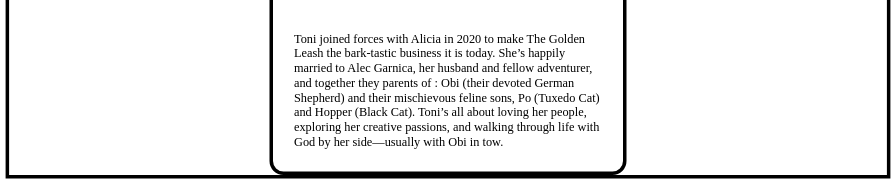
Repository: Aworminator/Thegoldenleash
Page: index.html
An editor plug-in stored every save of this project. The page is shown before and after the next save, followed by the edit.
The browser window is 1280 px wide. The pictures show the part of the page from y = 2290 to 4210 px (the page is 2553 px tall before and 5103 px after), at 70% of full size.

Above is the page before, as saved 2025-06-26 15:57:23.
Console error: TypeError: Cannot read properties of null (reading 'appendChild')

### index.html
<!DOCTYPE html>
<html lang="en">
  <head>
    <meta charset="UTF-8" />
    <meta name="viewport" content="width=device-width, initial-scale=1.0" />
    <title>The Golden Leash</title>
    <link
      rel="stylesheet"
      href="https://cdnjs.cloudflare.com/ajax/libs/font-awesome/6.5.0/css/all.min.css"
      integrity="sha512-..."
      crossorigin="anonymous"
      referrerpolicy="no-referrer"
    />
    <link rel="stylesheet" href="style.css" />
    <link rel="preconnect" href="https://fonts.googleapis.com" />
    <link rel="preconnect" href="https://fonts.gstatic.com" crossorigin />
    <link
      href="https://fonts.googleapis.com/css2?family=Fredoka:wght@300..700&display=swap"
      rel="stylesheet"
    />

    <!-- <h1>Welcome to the golden leash</h1> -->
  </head>
  <body>
    <section class="home-page">
      <div class="image-container">
        <div>
          <img src="./Images/GoldenLeashLogo No Nose.png" class="logo" />
        </div>

        <ul class="list">
          <li class="story">Our Story</li>
          <li>Services</li>
          <li>Contact Us</li>
        </ul>
      </div>
    </section>

    <section class="our-story">
      <h1>Our Story</h1>
      <p class="story-info">
        Lorem ipsum odor amet, consectetuer adipiscing elit. Aenean quis
        bibendum condimentum mauris primis integer sollicitudin porttitor.
        Blandit condimentum aptent condimentum orci rhoncus pellentesque euismod
        a. Varius imperdiet fermentum aptent mollis sem eu. Mattis ante pharetra
        quisque nam odio nascetur per. Vitae pellentesque massa facilisi
        maecenas ligula felis. Tristique pulvinar iaculis inceptos lectus elit
        fusce. <br /><br />
        Nisl erat purus sem imperdiet varius erat taciti cursus. Leo ante lectus
        potenti lacus viverra senectus commodo fringilla. Imperdiet est
        parturient ornare imperdiet tempor vulputate. Parturient porttitor
        quisque platea turpis vel porta. Torquent feugiat curabitur posuere
        hendrerit ipsum eros vel erat. Aenean netus proin arcu taciti nec
        efficitur ullamcorper.
      </p>
    </section>

    <section class="services">
      <h1>Services</h1>
      <div class="icon-container">
        <i class="fa-solid fa-house" id="icon"></i>
        <i class="fa-solid fa-dog" id="icon"></i>
        <i class="fa-solid fa-paw" id="icon"></i>
        <i class="fa-solid fa-bath" id="icon"></i>
      </div>
      <h1>Click for Info</h1>
      <p class="service-info">
        At The Golden Leash, we bring personalized care directly to you! Our
        team will stop by to check on your dog and take them for a walk tailored
        to their needs. Each walk typically lasts around 45 minutes, giving your
        pup plenty of exercise and attention. <br /><br />
        Your dog's safety and well-being are our top priorities. That’s why we
        monitor the weather closely, ensuring your furry friend isn’t exposed to
        unsafe conditions. We avoid walks in temperatures below 28°F, and during
        extreme heat, we’ll adjust walk times to protect your dog’s paws from
        hot sidewalks. Because your dog deserves the very best care—rain, shine,
        or snow!
      </p>
    </section>

    <section class="staff">
      <h1>Meet The Staff!</h1>
      <div id="staff-cards">
        <div class="card">
          <h2>Toni Garnica - The Partner in Paws</h2>
          <img
            src="./Images/Staff Pictures/Toni TGL Picture.jpg"
            alt=""
            class="profile-pic"
          />
          <p class="staff-info">
            Toni joined forces with Alicia in 2020 to make The Golden Leash the
            bark-tastic business it is today. She’s happily married to Alec
            Garnica, her husband and fellow adventurer, and together they
            parents of : Obi (their devoted German Shepherd) and their
            mischievous feline sons, Po (Tuxedo Cat) and Hopper (Black Cat).
            Toni’s all about loving her people, exploring her creative passions,
            and walking through life with God by her side—usually with Obi in
            tow.
          </p>
        </div>
        <div id="input"></div>
      </div>
    </section>
    <script src="script.js"></script>
  </body>
</html>

### style.css
h1 {
  font-family: "Fredoka", serif;
  font-optical-sizing: auto;
  font-weight: 400; /* Replace <weight> with a valid value */
  font-style: normal;
  color: #bfb65a;
  font-variation-settings: "wdth" 100;
  text-align: center;
  font-size: 4em;
}

.image-container {
  display: flex;
  flex-direction: row;
  justify-content: space-around;
}

.home-page {
  border: black solid 5px;
  min-height: 50vh;
}

.services,
.staff,
.our-story {
  border: black solid 5px;
  min-height: 600px;
}

.logo {
  height: 600px;
  width: auto;
}

.list {
  font-size: 3em;
  padding: 50px;
}

li {
  margin-bottom: 80px;
}

.icon-container {
  display: flex;
  justify-content: center;
}

#icon {
  background-color: #bfb65a;
  height: 100px;
  width: 100px;
  border-radius: 50%;
  display: flex;
  justify-content: center;
  align-items: center;
  font-size: 2em;
  margin: 30px;
}

#icon:hover {
  transform: scale(1.1);
  transition: transform 0.2s;
}

#icon:active {
  transform: scale(0.9);
  transition: transform 0.2s;
}

.service-info,
.story-info {
  text-align: center;
  font-size: 1.5rem;
  margin: 100px;
}

.service-info {
  display: none;
  background-color: rgb(182, 182, 182);
  border-radius: 10px;
  padding: 5px;
  animation: slide-fwd-tr 1.3s cubic-bezier(0.25, 0.46, 0.45, 0.94) both;
}

.card {
  height: 500px;
  width: 500px;
  border: 5px solid black;
  border-radius: 20px;
  display: flex;
  flex-direction: column;
  justify-content: center;
  align-items: center;
}

.profile-pic {
  height: 200px;
  border-radius: 50%;
  object-fit: cover;
  object-position: top;
  width: 200px;
}

#staff-cards {
  display: flex;
  flex-direction: column;
  align-items: center;
  justify-content: space-around;
}

.staff-info {
  padding: 30px;
  font-size: 1.1em;
}

@keyframes slide-fwd-tr {
  0% {
    opacity: 0%;
    transform: translateZ(180px) translateY(120px) translateX(-120px);
  }
  100% {
    opacity: 100%;
    transform: translateZ(0px) translateY(0px) translateX(0px);
  }
}

@media (max-width: 900px) {
  .image-container {
    flex-direction: column;
    align-items: center;
  }
}

### script.js
const staffMembers = [
  {
    name: "Alicia Stamper",
    title: "The top dog",
    image: "./Images/Staff Pictures/Alicia TGL Picture.jpg",
    info: "Alicia has been running The Golden Leash for over six years, and when she's not busy caring for your pups, she's baking up gourmet treats in her own doggy bakery. As the proud mom of Luke (her Hyena-like furball) and Clover (her lovable Black Lab), Alicia knows her way around a tail wag or two. When she's not running the show, you'll find her savoring a hot cup of tea, surrounded by friends and family, and enjoying a well-deserved Saturday chill session.",
  },
  {
    name: "Toni Garnica",
    title: "The partner in paws",
    image: "./Images/Staff Pictures/Toni TGL Picture.jpg",
    info: "Toni joined forces with Alicia in 2020 to make The Golden Leash the bark-tastic business it is today. She's happily married to Alec Garnica, her husband and fellow adventurer, and together they parents of : Obi (their devoted German Shepherd) and their mischievous feline sons, Po (Tuxedo Cat) and Hopper (Black Cat). Toni's all about loving her people, exploring her creative passions, and walking through life with God by her side—usually with Obi in tow.",
  },
  {
    name: "Brooke Edwards",
    title: "The Ball of Energy",
    image: "./Images/Staff Pictures/Brooke TGL Picture.jpg",
    info: "Since 2021, Brooke has been bringing boundless enthusiasm to The Golden Leash team. Happily married to her husband, Elijah, Brooke is also the proud mom of Sadie, her adorable Doodle, who's got the fluffiest tail wag around. Whether it's playing with the pups or brightening everyone's day, Brooke's energy is as contagious as Sadie's zoomies.",
  },
  {
    name: "Carolyn Lesko",
    title: "The Wildcard",
    image: "./Images/Staff Pictures/Carolyn TGL Picture.jpg",
    info: "Carolyn is the undisputed wildcard of The Golden Leash crew. Whether she's quoting tik tok meme's, playing a mean game of Gang Beasts on her days off, or keeping things exciting, Carolyn keeps us all on our toes. She's the proud mom of her dog (to be named and praised at a later date). Fun fact: Carolyn is allergic to grass and being on time.",
  },
  {
    name: "Lisa",
    title: "The Backbone of the pack",
    image: "./Images/Staff Pictures/Lisa and rip Van Winkle.png",
    info: "Lisa is the kind of hard worker who makes everything run like clockwork at The Golden Leash. With her unmatched dedication and a can-do attitude, she's the go-to person for getting things done. Whether it's caring for pups, organizing schedules, or simply being awesome, Lisa brings a level of expertise and warmth that every team dreams of having. We're lucky to have her!",
  },
];

const house = document.querySelector(".fa-house");
const serviceInfo = document.querySelector(".service-info");
const service = document.querySelector(".services");
const staffCards = document.querySelector(".staff-cards");
const input = document.querySelector("#input");

house.addEventListener("click", () => {
  serviceInfo.style.display = "block";
  serviceInfo.scrollIntoView({ behavior: "smooth" });
});

staffMembers.forEach((person) => {
  const newCard = document.createElement("div");
  newCard.classList.add("card");
  newCard.innerHTML = `<h2>${person.name} - ${person.title}</h2>
          <img
            src="${person.image}"
            alt="${person.name} Profile-Pic"
            class="profile-pic"
          />
          <p class="staff-info">
            ${person.info}
          </p>`;
  staffCards.appendChild(newCard);
});

After the next save:
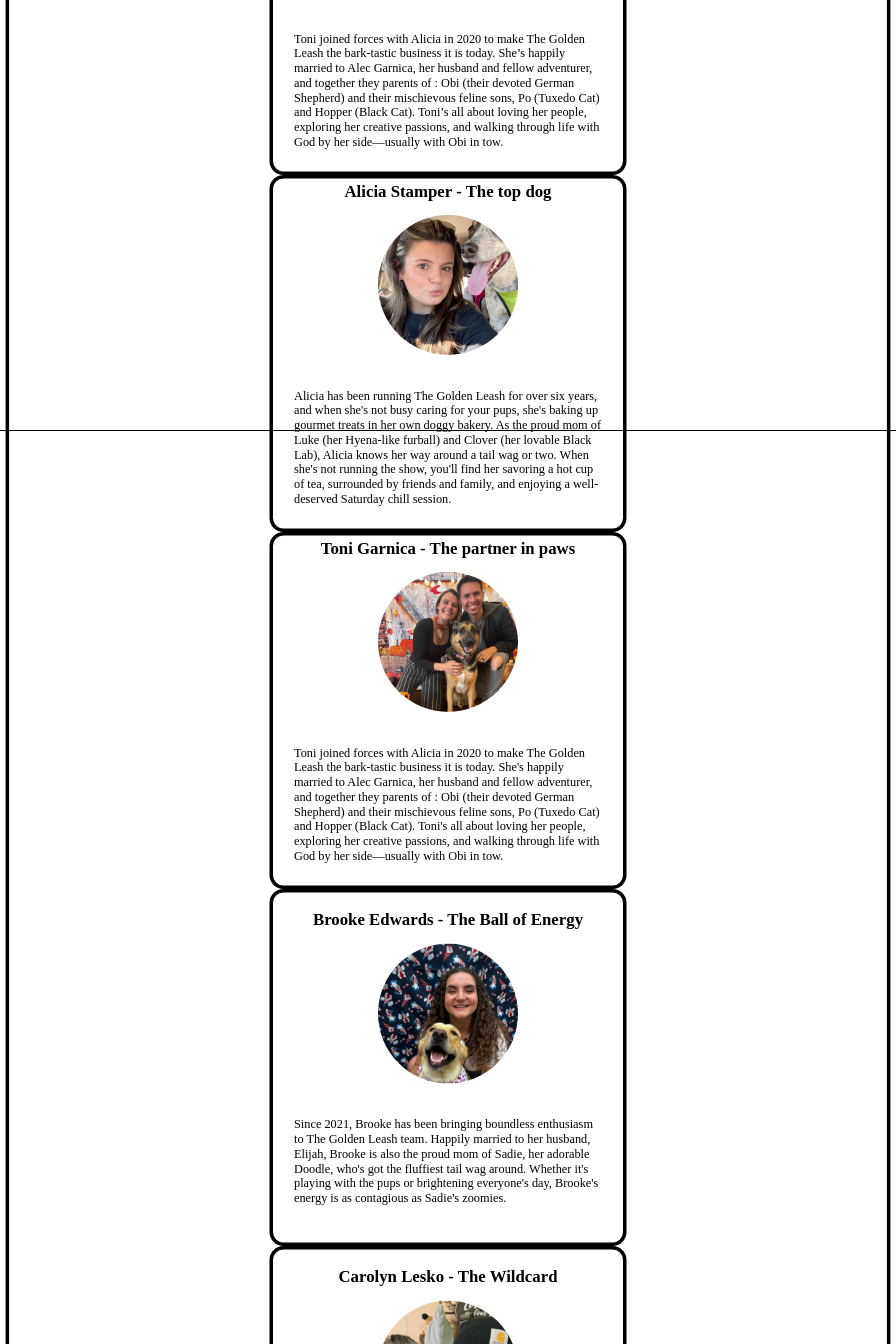
The error is gone.
Saved 6 s later.
--- a/script.js
+++ b/script.js
@@ -54,5 +54,5 @@ staffMembers.forEach((person) => {
           <p class="staff-info">
             ${person.info}
           </p>`;
-  staffCards.appendChild(newCard);
+  input.appendChild(newCard);
 });
